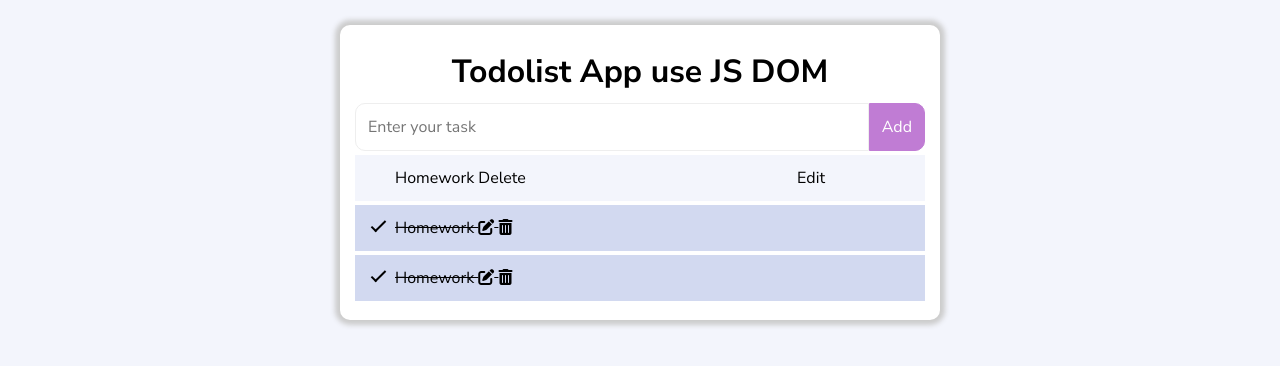
Repository: anhquan74-dev/todolist_app
Page: index.html
An editor plug-in stored every save of this project. The page is shown before and after a run of saves, followed by the edit.
The browser window is 1280 px wide. The pictures show the whole page.
Some web libraries are served in a nearby version.

Above is the page before, as saved 2022-07-21 16:26:13.

### index.html
<!DOCTYPE html>
<html lang="en">
  <head>
    <meta charset="UTF-8" />
    <meta http-equiv="X-UA-Compatible" content="IE=edge" />
    <meta name="viewport" content="width=device-width, initial-scale=1.0" />
    <title>TodoList Web Application</title>
    <link rel="stylesheet" href="style.css" />
    <link
      rel="stylesheet"
      href="https://cdnjs.cloudflare.com/ajax/libs/font-awesome/6.1.1/css/all.min.css"
      integrity="sha512-KfkfwYDsLkIlwQp6LFnl8zNdLGxu9YAA1QvwINks4PhcElQSvqcyVLLD9aMhXd13uQjoXtEKNosOWaZqXgel0g=="
      crossorigin="anonymous"
      referrerpolicy="no-referrer"
    />
  </head>
  <body>
    <div class="todo-app">
      <h1>Todolist App use JS DOM</h1>
      <div class="form-control">
        <input id="input-text" type="text" placeholder="Enter your task" />
        <button class="add-btn">Add</button>
      </div>
      <ul id="list-item">
        <li class="item">
          Homework
          <a class="edit-btn">Edit</a>
          <a class="close-btn">Delete</a>
        </li>
        <li class="item checked">
          Homework
          <span class="close-btn"><i class="fa-solid fa-pen-to-square"></i></i></span>
          <span class="close-btn"><i class="fa-solid fa-trash-can"></i></span>
        </li>
        <li class="item checked">
          Homework
          <span class="close-btn"><i class="fa-solid fa-pen-to-square"></i></i></span>
          <span class="close-btn"><i class="fa-solid fa-trash-can"></i></span>
        </li>
      </ul>
    </div>
    <script src="main.js"></script>
  </body>
</html>

### style.css
@import url('https://fonts.googleapis.com/css2?family=Nunito+Sans:ital,wght@0,300;0,400;0,600;0,700;0,800;0,900;1,300;1,400;1,600;1,700;1,800;1,900&display=swap');

*, *::after, *::before {
    margin: 0;
    padding: 0;
    box-sizing: border-box;
}
button, input,
body {
    font-family: 'Nunito Sans', sans-serif;
    background-color: #f3f5fc;
}

input {
    background-color: white;
}

.todo-app {
    background-color: white;
    max-width: 600px;
    margin: 25px auto;
    border-radius: 10px;
    padding: 15px;
    box-shadow: 0px 0px 5px 5px #ccc;
}

h1 {
    text-align: center;
    margin: 10px;
}

.form-control {
    display: flex;
    align-items: center;
}

#input-text {
    font-size: 16px;
    padding: 12px;
    width: 100%;
    outline: none;
    border: 1px solid #eee;
    border-radius: 10px 0px 0px 10px;
}

.add-btn {
    font-size: 16px;
    padding: 12px;
    outline: none;
    border: 1px solid #c07cd4;
    border-radius: 0px 10px 10px 0px;
    cursor: pointer;
    background-color: #c07cd4;
    color: white;
}

.add-btn:hover {
    background-color: #a13bc0;
    border: 1px solid #a13bc0;
}

.list-item {
    list-style-type:none;
    margin-top: 20px;
}

.item {
    padding: 12px 12px 12px 40px;
    background-color: #f3f5fc;
    margin:4px 0;
    position: relative;
    overflow: hidden;
    cursor: pointer;
}

.edit-btn {
    /* padding: 12px 16px; */
    color: black;
    /* display: block; */
    /* background-color: #fa383e; */
    position: absolute;
    top: 50%;
    transform: translateY(-50%);
    right: 100px;
}

.item:hover  span{
    opacity: 1;
    transform: translateX(-100%);
}

.item span:hover {
    background-color: rgba(216, 29, 29, 0.795);
}

li.checked {
    background-color: #d2d9f0;
    text-decoration: line-through;
}

ul li.checked::before {
    content: '';
    position: absolute;
    border-color: black;
    border-style: solid;
    border-width: 0 2px 2px 0;
    top: 12px;
    left: 20px;
    transform: rotate(45deg);
    height: 15px;
    width: 7px;
  }

### main.js
var list = document.querySelector("ul");
list.addEventListener("click", function (ev) {
  if (ev.target.nodeName === "LI") {
    ev.target.classList.toggle("checked");
  }
});

var close = document.getElementsByClassName("close-btn");
var i;
for (i = 0; i < close.length; i++) {
  close[i].onclick = function () {
    var div = this.parentElement;
    div.style.display = "none";
  };
}
//
function newElement() {
  var li = document.createElement("li");
  var inputValue = document.getElementById("input-text").value;
  var t = document.createTextNode(inputValue);
  li.appendChild(t);
  li.className = "item";
  if (inputValue === "") {
    alert("You must write something!");
  } else {
    document.getElementById("list-item").appendChild(li);
  }
  document.getElementById("input-text").value = "";

  var span = document.createElement("SPAN");
  span.className = "close-btn";
  span.innerHTML = '<i class="fa-solid fa-trash-can">';
  li.appendChild(span);

  for (i = 0; i < close.length; i++) {
    close[i].onclick = function () {
      var div = this.parentElement;
      div.style.display = "none";
    };
  }
}

After the next 2 saves:
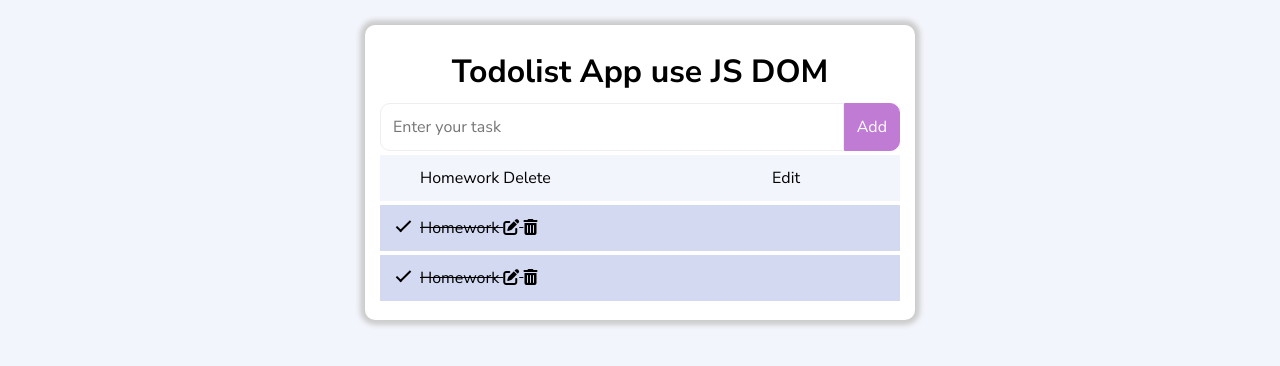
The 2 saves are shown as one change because they came seconds apart.
The last was saved 10 s later.
--- a/style.css
+++ b/style.css
@@ -17,7 +17,7 @@
 
 .todo-app {
     background-color: white;
-    max-width: 600px;
+    max-width: 550px;
     margin: 25px auto;
     border-radius: 10px;
     padding: 15px;

After the save that followed:
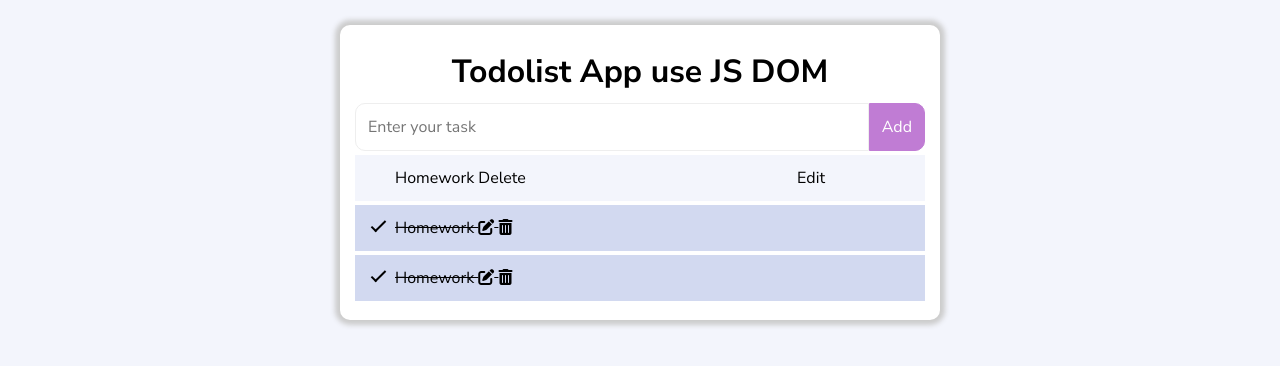
Saved 4 s later.
--- a/style.css
+++ b/style.css
@@ -17,7 +17,7 @@
 
 .todo-app {
     background-color: white;
-    max-width: 550px;
+    max-width: 600px;
     margin: 25px auto;
     border-radius: 10px;
     padding: 15px;
